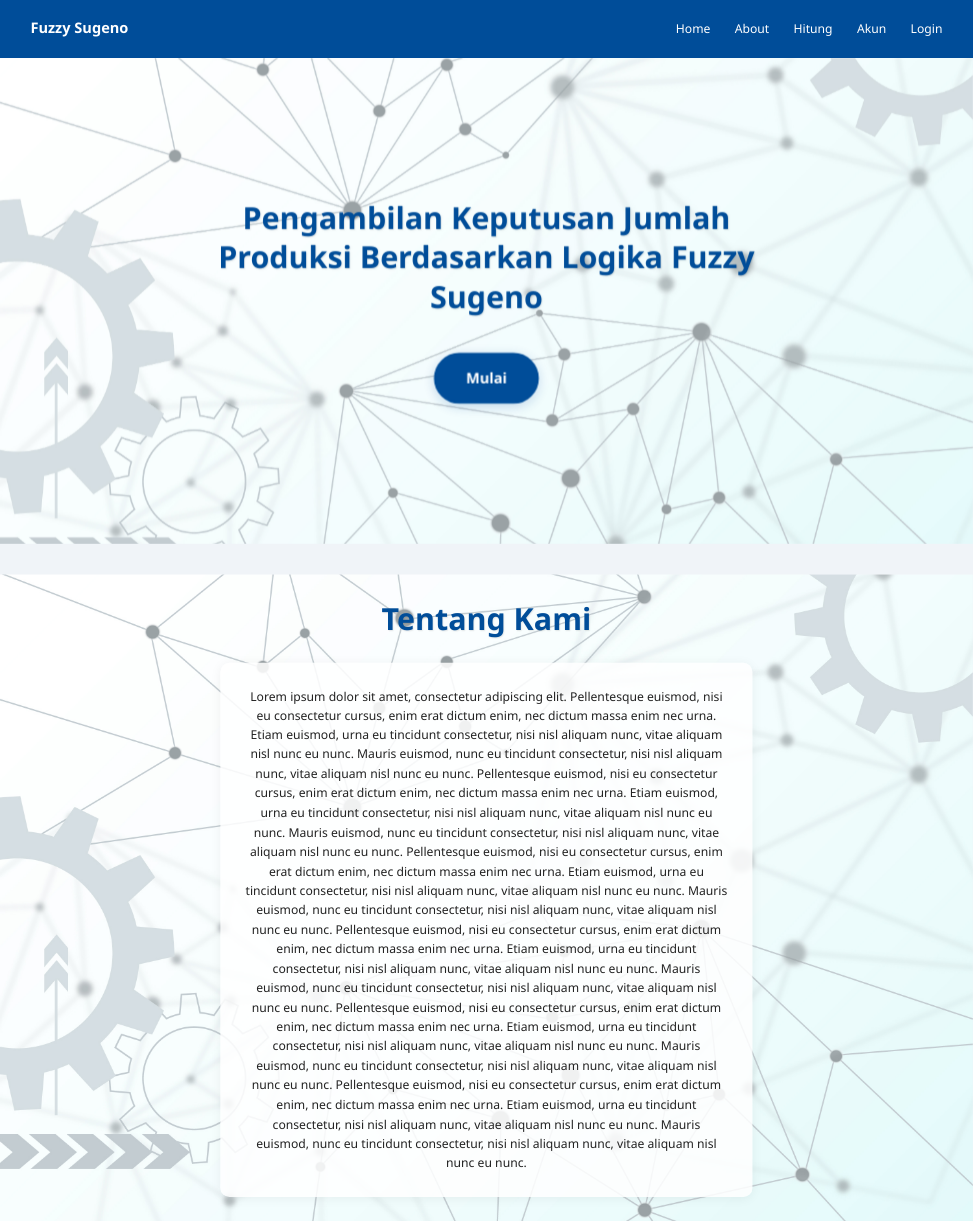
Repository: Senicccc/Defuzzy-Sugeno
Page: http://localhost/
The author's editor kept a copy of each file at every save. The page is drawn from the files as they stood at one save, then again after a run of saves.
The browser window is 1280 px wide. The pictures show the whole page, at 76% of full size.
The page is run by PHP 8.4 with error messages shown; the project is at /var/www/html/.

Above is the page before, as saved 2025-06-08 11:07:57.

After the next 2 saves:
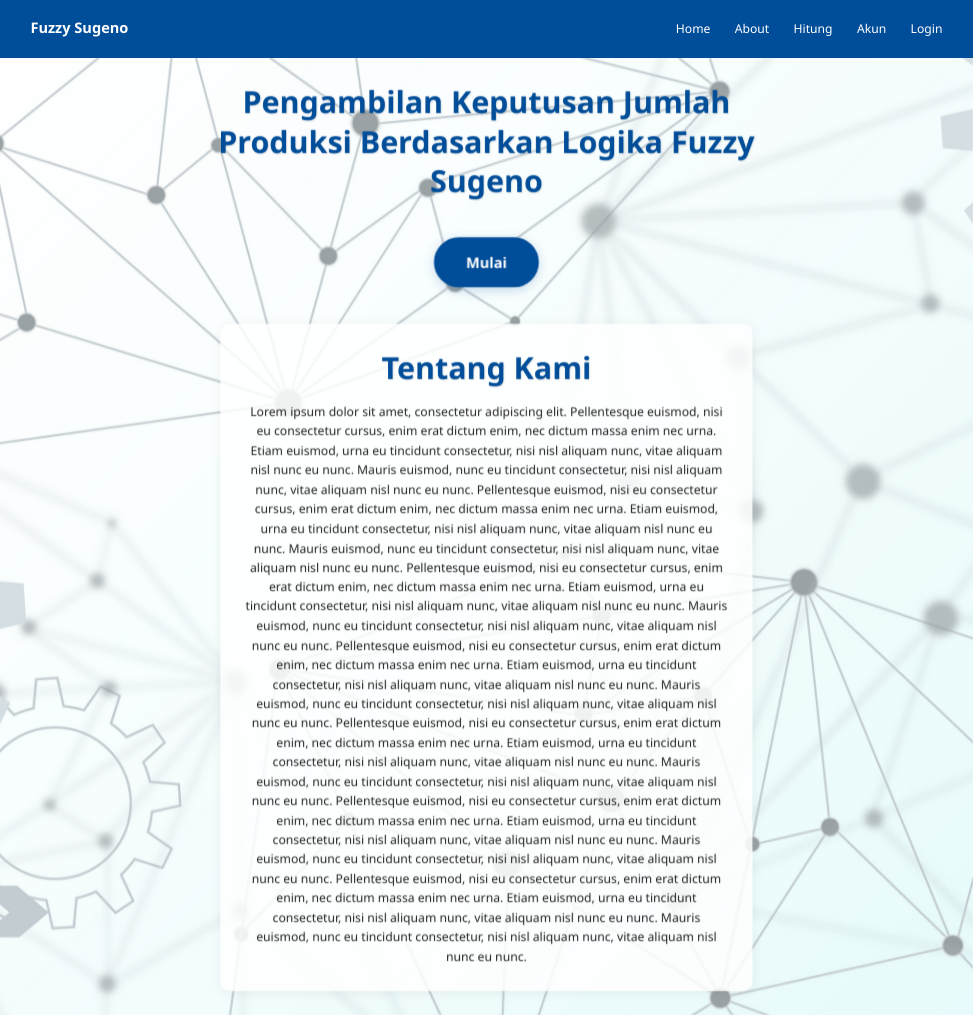
The 2 saves are shown as one change because they came seconds apart.
The last was saved 57 s later.
--- a/index.php
+++ b/index.php
@@ -18,13 +18,9 @@
     <section class="hero" style="background: url('img/menu-bg.jpg') center center/cover no-repeat;">
         <h1>Pengambilan Keputusan Jumlah Produksi Berdasarkan Logika Fuzzy Sugeno</h1>
         <a href="php/form.php" class="start-button">Mulai</a>
-    </section>
-
-    <section class="hero"
-        style="background: url('img/menu-bg.jpg') center center/cover no-repeat; min-height:unset; margin-top:40px;">
-        <h1>Tentang Kami</h1>
         <div
-            style="max-width: 700px; margin: 0 auto; background: rgba(255,255,255,0.85); border-radius: 12px; padding: 2rem; color: #222; box-shadow: 0 2px 16px rgba(0,0,0,0.06);">
+            style="max-width: 700px; margin: 48px auto 0 auto; background: rgba(255,255,255,0.85); border-radius: 12px; padding: 2rem; color: #222; box-shadow: 0 2px 16px rgba(0,0,0,0.06);">
+            <h1 style="color:#004d99; margin-bottom:1.2rem;">Tentang Kami</h1>
             <p>
                 Lorem ipsum dolor sit amet, consectetur adipiscing elit. Pellentesque euismod, nisi eu consectetur
                 cursus, enim erat dictum enim, nec dictum massa enim nec urna. Etiam euismod, urna eu tincidunt
@@ -44,6 +40,9 @@
                 eu tincidunt consectetur, nisi nisl aliquam nunc, vitae aliquam nisl nunc eu nunc. Pellentesque euismod,
                 nisi eu consectetur cursus, enim erat dictum enim, nec dictum massa enim nec urna. Etiam euismod, urna
                 eu tincidunt consectetur, nisi nisl aliquam nunc, vitae aliquam nisl nunc eu nunc. Mauris euismod, nunc
+                eu tincidunt consectetur, nisi nisl aliquam nunc, vitae aliquam nisl nunc eu nunc. Pellentesque euismod,
+                nisi eu consectetur cursus, enim erat dictum enim, nec dictum massa enim nec urna. Etiam euismod, urna
+                eu tincidunt consectetur, nisi nisl aliquam nunc, vitae aliquam nisl nunc eu nunc. Mauris euismod, nunc
                 eu tincidunt consectetur, nisi nisl aliquam nunc, vitae aliquam nisl nunc eu nunc.
             </p>
         </div>

After the save that followed:
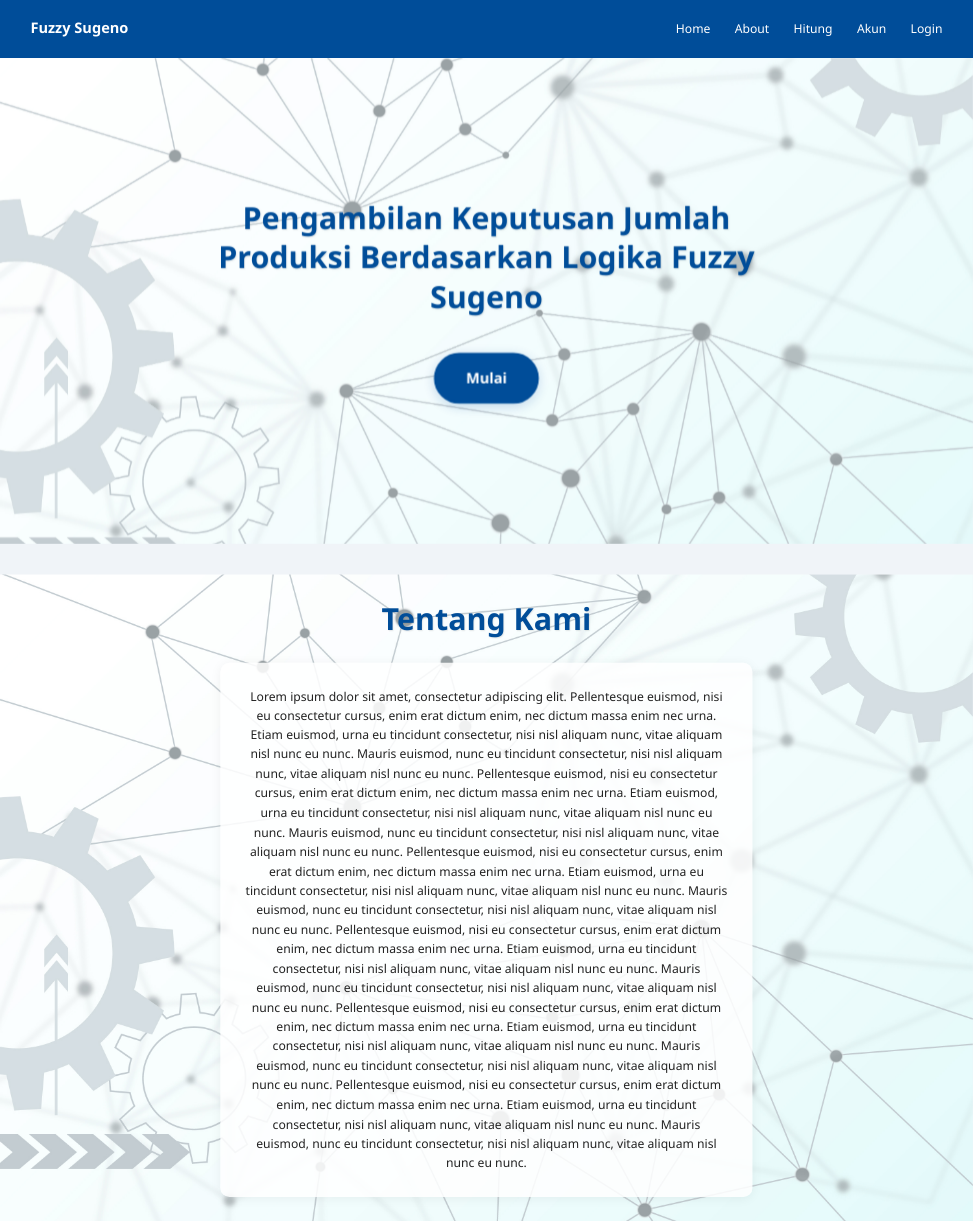
Saved 14 s later.
--- a/index.php
+++ b/index.php
@@ -18,9 +18,13 @@
     <section class="hero" style="background: url('img/menu-bg.jpg') center center/cover no-repeat;">
         <h1>Pengambilan Keputusan Jumlah Produksi Berdasarkan Logika Fuzzy Sugeno</h1>
         <a href="php/form.php" class="start-button">Mulai</a>
+    </section>
+
+    <section class="hero"
+        style="background: url('img/menu-bg.jpg') center center/cover no-repeat; min-height:unset; margin-top:40px;">
+        <h1>Tentang Kami</h1>
         <div
-            style="max-width: 700px; margin: 48px auto 0 auto; background: rgba(255,255,255,0.85); border-radius: 12px; padding: 2rem; color: #222; box-shadow: 0 2px 16px rgba(0,0,0,0.06);">
-            <h1 style="color:#004d99; margin-bottom:1.2rem;">Tentang Kami</h1>
+            style="max-width: 700px; margin: 0 auto; background: rgba(255,255,255,0.85); border-radius: 12px; padding: 2rem; color: #222; box-shadow: 0 2px 16px rgba(0,0,0,0.06);">
             <p>
                 Lorem ipsum dolor sit amet, consectetur adipiscing elit. Pellentesque euismod, nisi eu consectetur
                 cursus, enim erat dictum enim, nec dictum massa enim nec urna. Etiam euismod, urna eu tincidunt
@@ -40,9 +44,6 @@
                 eu tincidunt consectetur, nisi nisl aliquam nunc, vitae aliquam nisl nunc eu nunc. Pellentesque euismod,
                 nisi eu consectetur cursus, enim erat dictum enim, nec dictum massa enim nec urna. Etiam euismod, urna
                 eu tincidunt consectetur, nisi nisl aliquam nunc, vitae aliquam nisl nunc eu nunc. Mauris euismod, nunc
-                eu tincidunt consectetur, nisi nisl aliquam nunc, vitae aliquam nisl nunc eu nunc. Pellentesque euismod,
-                nisi eu consectetur cursus, enim erat dictum enim, nec dictum massa enim nec urna. Etiam euismod, urna
-                eu tincidunt consectetur, nisi nisl aliquam nunc, vitae aliquam nisl nunc eu nunc. Mauris euismod, nunc
                 eu tincidunt consectetur, nisi nisl aliquam nunc, vitae aliquam nisl nunc eu nunc.
             </p>
         </div>
